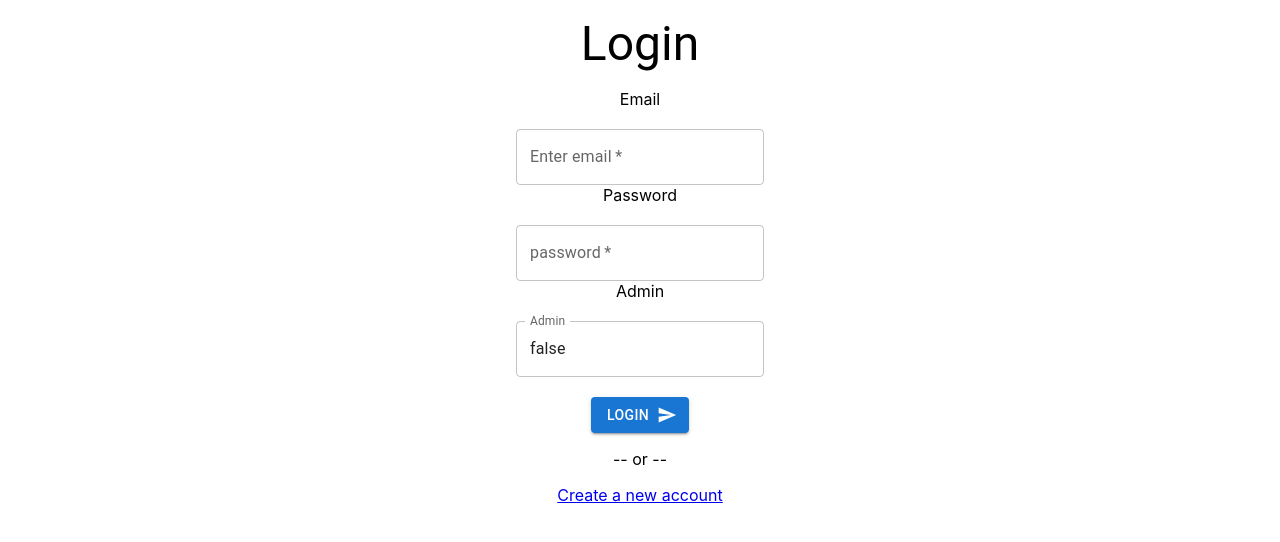
Repository: nj10deadend/mern-w-auth-app
Page: / (app in frontend/store/)
An editor plug-in stored every save of this project. The page is shown before and after a run of saves, followed by the edit.
The browser window is 1280 px wide. The pictures show the whole page.
The project was rebuilt for these pictures with package versions that can differ from the ones it lists, and the page was loaded fresh each time. Also part of the build but not shown: frontend/store/src/components/Items.js, frontend/store/src/components/Registration.js, frontend/store/src/AuthenticatedApp.js.

Above is the page before, as saved 2022-01-06 18:20:27.

### frontend/store/src/App.js
import './App.css';
import { BrowserRouter } from 'react-router-dom';
import { Route, Routes} from 'react-router-dom';
import {useState, useEffect} from 'react';
import axios from 'axios';
import UnauthenticatedApp from './UnauthenticatedApp';
import AuthenticatedApp from './AuthenticatedApp';
// import { UserProvider } from '../context/UserDataContext';
import { UserProvider } from './context/UserDataContext';
import { UserDataContext } from './context/UserDataContext';
import { useContext } from 'react';

function App() {
  // const [currentUser, setCurrentUser] = useState(null);
  // const [authChecked, setAuthChecked] = useState(false);

  // console.log(fetchCurrentUser);

  //// You can't destructure props that have a value of undefined //////
  /// Set them as variables instead ////////

  /////    DONT DO THIS (if undefined) ///////

  // const {currentUser, setCurrentUser} = useContext(UserProvider);
  // const {currentUser, setCurrentUser, authChecked, setAuthChecked} = useContext(UserProvider);
  ////////////////////////////////////

  //// Do this instead
  const currentUser = useContext(UserDataContext);
  // console.log(currentUser);
  const setCurrentUser = useContext(UserDataContext);
  const authChecked = useContext(UserDataContext);
  // console.log(authChecked);
  const setAuthChecked = useContext(UserDataContext);
  // const {authChecked, setAuthChecked} = useContext(UserDataContext);
  /////////


  function getCurrentUser () {

    axios.get('http://localhost:8080/user/me', {
      credentials: 'include'
    }).then(res => {
      if (res.ok) {
        res.json().then((user) => {
          console.log(user);
          setCurrentUser(user)
          setAuthChecked(true);
        })
      } else {
        setAuthChecked(true)
        console.log(authChecked);
        console.log("Unauthorized")
      }
    })

  }
  // useEffect(getCurrentUser, []);

  // console.log(authChecked);


  // fetchCurrentUser();

  // if(currentUser !== undefined) {
  //   return (
  //     <div></div>
  //   )
  // }
  // console.log(currentUser);


  return (
    <UserProvider>
      <div className="App">
        {/* <p>{value}</p> */}
        <BrowserRouter>
          <Routes>
            {currentUser ? (
              <Route path='*'
              element= {
                <AuthenticatedApp
                // setCurrentUser={setCurrentUser}
                // currentUser={currentUser}
                />
              }
              />
            ): (
              <Route path='*'
              element={
                <UnauthenticatedApp
                // setCurrentUser={setCurrentUser}
                />
              }
              />
            )}
          </Routes>

        </BrowserRouter>
      </div>
    </UserProvider>
  );
}

export default App;

### frontend/store/src/UnauthenticatedApp.js
import { Routes, Route } from 'react-router-dom';
import Item from './components/Items';
import Login from './components/Login';
import Registration from './components/Registration';

function UnauthenticatedApp ({setCurrentUser}) {
    return (
        <Routes>
            <Route path='/' element={<Login />} />
            <Route path='/registration' element={<Registration />} />
            <Route path='/items' element={<Item />} />

        </Routes>
    )
}

export default UnauthenticatedApp;

### frontend/store/src/context/UserDataContext.js
import { createContext } from 'react';
import {useContext} from 'react';
import {useState, useEffect} from 'react';
// import axios from 'axios';

export const UserDataContext = createContext();
// const GetCurrentUserContext = createContext();

// export function useUserData () {
//     return useContext(UserDataContext);
// }

// export function useGetCurrentUserFunc () {
//     return useContext(GetCurrentUserContext);
// }

export const UserProvider = ({children}) => {

    const [currentUser, setCurrentUser] = useState(null);
    const [authChecked, setAuthChecked] = useState(false);
    const [jwtToken, setJwtToken] = useState("private-key");

    // console.log(authChecked);


    return (
        // <UserDataContext.Provider value={currentUser, setCurrentUser, authChecked, setAuthChecked, jwtToken, setJwtToken}>
        // <UserDataContext.Provider value="This is my sanity check">
        <UserDataContext.Provider value={authChecked, jwtToken}>

            {children}

        </UserDataContext.Provider>
    )
}

### frontend/store/src/components/Login.js
import { useState } from 'react';
import { useNavigate, Link } from 'react-router-dom';
import axios from 'axios';
import Button from '@mui/material/Button';
import SendIcon from '@material-ui/icons/Send';
import TextField from '@mui/material/TextField';
import Typography from '@mui/material/Typography';
import Box from '@mui/material/Box';
// import { useContext } from 'react';
// import { UserProvider } from '../context/UserDataContext';
import { UserDataContext } from '../context/UserDataContext';
import { useContext } from 'react';


function Login () {

    const [email, setEmail] = useState("");
    const [password, setPassword] = useState("");
    const [admin, setAdmin] = useState(false);
    const [jwtToken, setJwtToken] = useState("");

    const value = useContext(UserDataContext);


    // const { jwtToken } = useContext(UserProvider);
    // const {setJwtToken} = useContext(UserProvider);

    // console.log(setJwtToken("private key"))
    // console.log(jwtToken);

    // const {currentUser, setCurrentUser} = useContext(UserProvider);


    const navigate = useNavigate();

    async function loginPostReq () {

        return await axios.post('http://localhost:8080/user/me', {
            email: email,
            password: password
        })
        .then(function (response) {
            console.log(response);
            setJwtToken(response.data);
            return response.data;
        })
        .catch(function (error) {
            console.log(error);
            return null;
        });
    }
    async function loginToAcc (event) {
        event.preventDefault();
        setEmail("");
        setPassword("");
        await loginPostReq();
    }
    // console.log(value.currentUser);
    console.log(value);
    // console.log(value.jwtToken);

    return (
        <Box>
            <p>{value.currentUser}</p>
            <Typography variant='h3' component='div' gutterBottom>Login</Typography>

            {/* <form>


            </form> */}
            <form>
                <Box>
                    <label htmlFor="email">Email</label>
                    <br></br>
                    <br></br>
                    <TextField required id="outlined-basic2" label="Enter email"
                    variant="outlined"
                    onChange={(event) => {setEmail(event.target.value)}}
                    value = {email}
                    />

                </Box>
                <Box>
                    <label htmlFor="password">Password</label>
                    <br></br>
                    <br></br>
                    <TextField required id="outlined-password-input" label="password" type="password"
                    variant="outlined"
                    onChange={(event) => {setPassword(event.target.value)}}
                    value = {password}
                    />
                </Box>

                <Box>
                    <label htmlFor="admin">Admin</label>
                    <br></br>
                    <br></br>
                    <TextField id="outlined-read-only-input" label="Admin"
                    InputProps={{
                      readOnly: true,
                    }}
                    value = {admin}
                    />
                </Box>
                <br></br>
                <Button variant="contained" endIcon={<SendIcon />} type="submit">Login</Button>
            </form>

            <p>-- or --</p>
            <p><Link to="/registration">Create a new account</Link></p>


            {/* <Routes>
                <Route path="/bug-table" element={<BugTable userFormData={userFormData}/>} />
            </Routes> */}


        </Box>
    )
}

export default Login;

Loaded but not shown: frontend/store/public/index.html (common file); frontend/store/src/index.js (common file); frontend/store/src/index.css (common file); frontend/store/src/reportWebVitals.js (common file); frontend/store/src/App.css (common file)

After the next 4 saves:
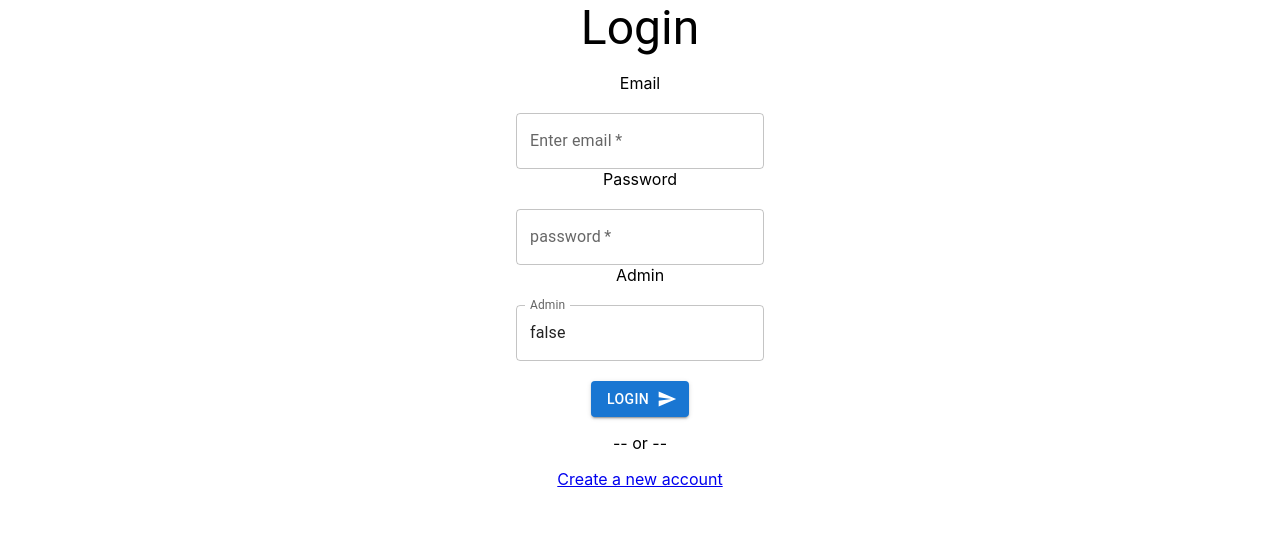
The 4 saves are shown as one change because 3 did not build or start.
The last was saved 4 min 0 s later.
--- a/frontend/store/src/context/UserDataContext.js
+++ b/frontend/store/src/context/UserDataContext.js
@@ -26,7 +26,9 @@ export const UserProvider = ({children}) => {
     return (
         // <UserDataContext.Provider value={currentUser, setCurrentUser, authChecked, setAuthChecked, jwtToken, setJwtToken}>
         // <UserDataContext.Provider value="This is my sanity check">
-        <UserDataContext.Provider value={authChecked, jwtToken}>
+        <UserDataContext.Provider currentUser={currentUser}
+        setCurrentUser={setCurrentUser} authChecked={authChecked}
+        setAuthChecked={setAuthChecked} jwtToken={jwtToken} setJwtToken={jwtToken}>
 
             {children}
 
--- a/frontend/store/src/components/Login.js
+++ b/frontend/store/src/components/Login.js
@@ -17,9 +17,12 @@ function Login () {
     const [email, setEmail] = useState("");
     const [password, setPassword] = useState("");
     const [admin, setAdmin] = useState(false);
-    const [jwtToken, setJwtToken] = useState("");
+    // const [jwtToken, setJwtToken] = useState("");
 
-    const value = useContext(UserDataContext);
+    const authChecked = useContext(UserDataContext);
+    const currentUser = useContext(UserDataContext);
+    const jwtToken = useContext(UserDataContext);
+    const setJwtToken = useContext(UserDataContext);
 
 
     // const { jwtToken } = useContext(UserProvider);
@@ -56,12 +59,14 @@ function Login () {
         await loginPostReq();
     }
     // console.log(value.currentUser);
-    console.log(value);
+    console.log(currentUser);
+    console.log(authChecked);
+    console.log(jwtToken);
     // console.log(value.jwtToken);
 
     return (
         <Box>
-            <p>{value.currentUser}</p>
+            {/* <p>{value.currentUser}</p> */}
             <Typography variant='h3' component='div' gutterBottom>Login</Typography>
 
             {/* <form>
